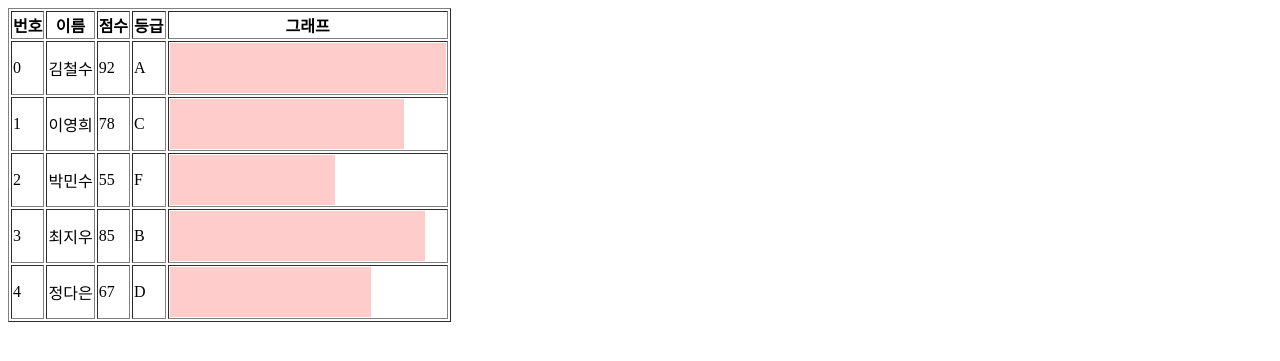
Repository: tldnwkd/jspclass2026
Page: http://localhost/chapter01/example_score.jsp
The author's editor kept a copy of each file at every save. The page is drawn from the files as they stood at one save, then again after the next save.
The browser window is 1280 px wide. The pictures show the whole page.
The page is served by Tomcat 9.

Above is the page before, as saved 2026-10-16 05:15:07.

After the next save:
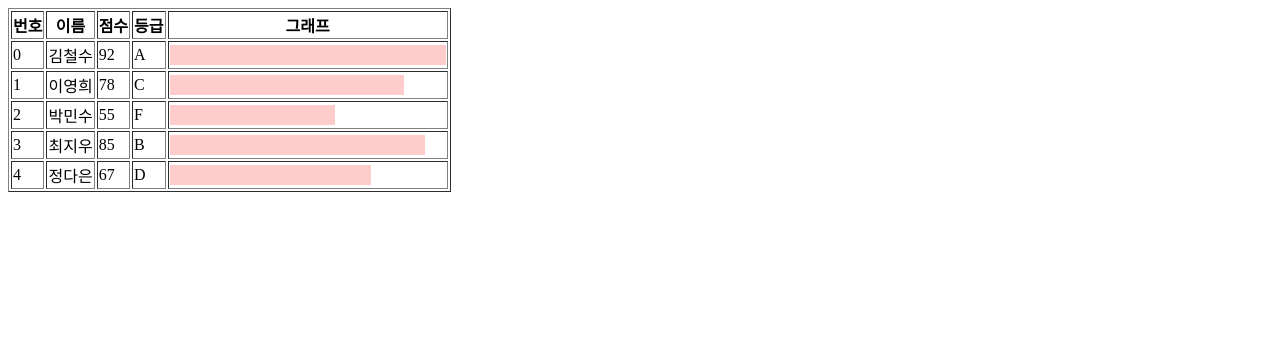
Saved 10 s later.
--- a/chapter01/src/main/webapp/example_score.jsp
+++ b/chapter01/src/main/webapp/example_score.jsp
@@ -36,7 +36,7 @@
 		<td><%=i%></td>
 		<td><%= names[i] %></td><td><%=scores[i]%></td>
 		<td><%= getGrade(scores[i]) %></td>
-		<td><div style="width:<%=scores[i]*3%>px; background-color:#ffcccc; height:50px;"></div></td>
+		<td><div style="width:<%=scores[i]*3%>px; background-color:#ffcccc; height:20px;"></div></td>
 		</tr>
 	<%} %>
 	</table>
